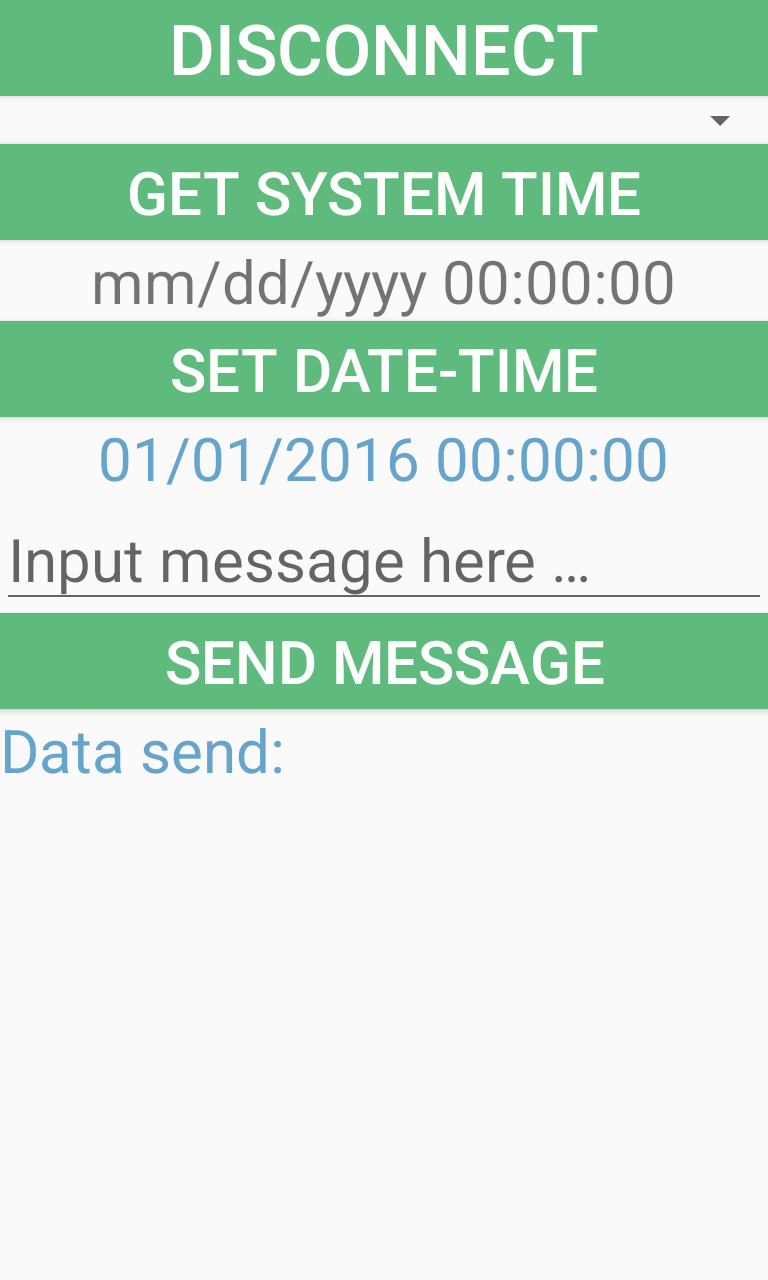
Repository: FisherKei/EclipseWorkspace
Layout: PIC_HC05_DS1307/PIC_HC06_DS1307/res/layout/timer_ds1307.xml
These files come from the project's save history. The layout is drawn as it stood at one moment and after the next save; the edit follows.
It is drawn on a 768 x 1280 px phone screen (xhdpi) without system bars, with theme AppTheme; the app's code is not run.

Above is the layout before, as saved 2016-06-27 13:02:53.

After the next save:
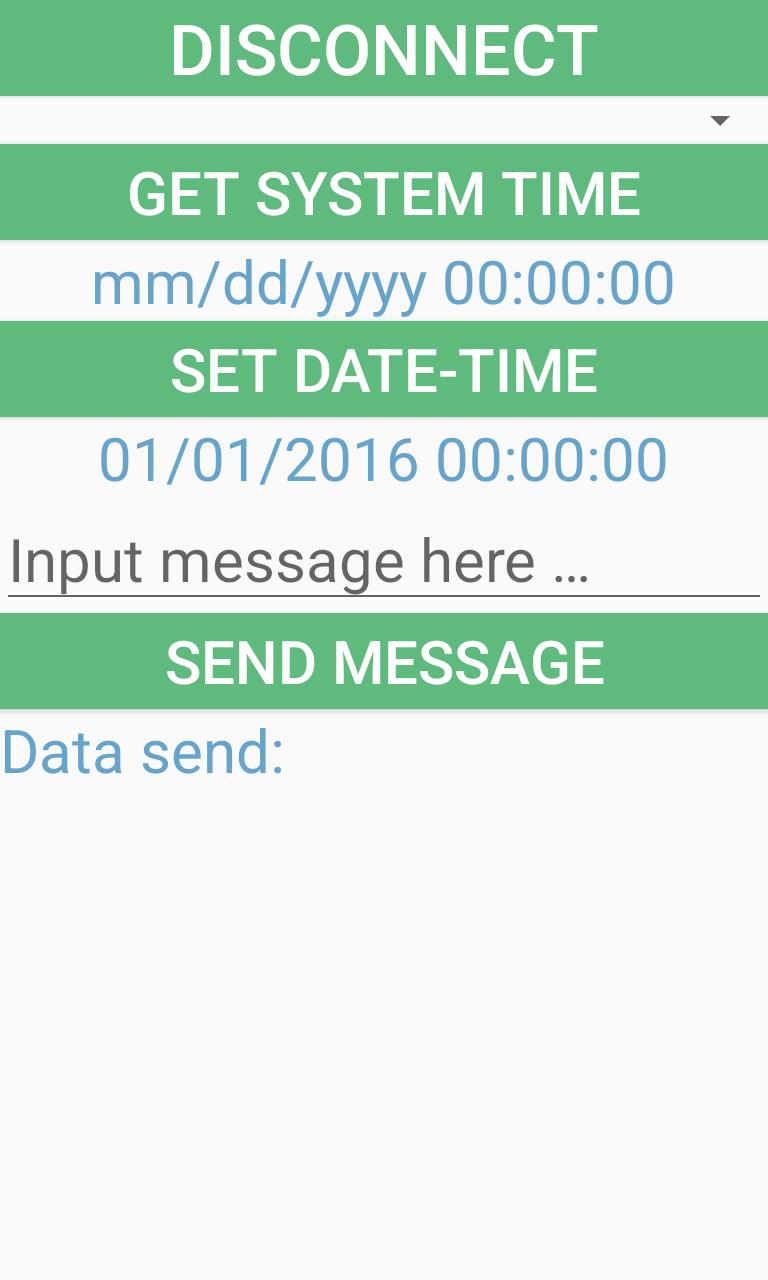
Saved 54 s later.
--- a/PIC_HC05_DS1307/PIC_HC06_DS1307/res/layout/timer_ds1307.xml
+++ b/PIC_HC05_DS1307/PIC_HC06_DS1307/res/layout/timer_ds1307.xml
@@ -33,6 +33,7 @@
         android:id="@+id/txtvSysTime"
         android:layout_width="wrap_content"
         android:layout_height="wrap_content"
+        android:textColor="#66A4CB"
         android:layout_gravity="center_horizontal"
         android:text="@string/strTimerVal"
         android:textSize="30sp" />
